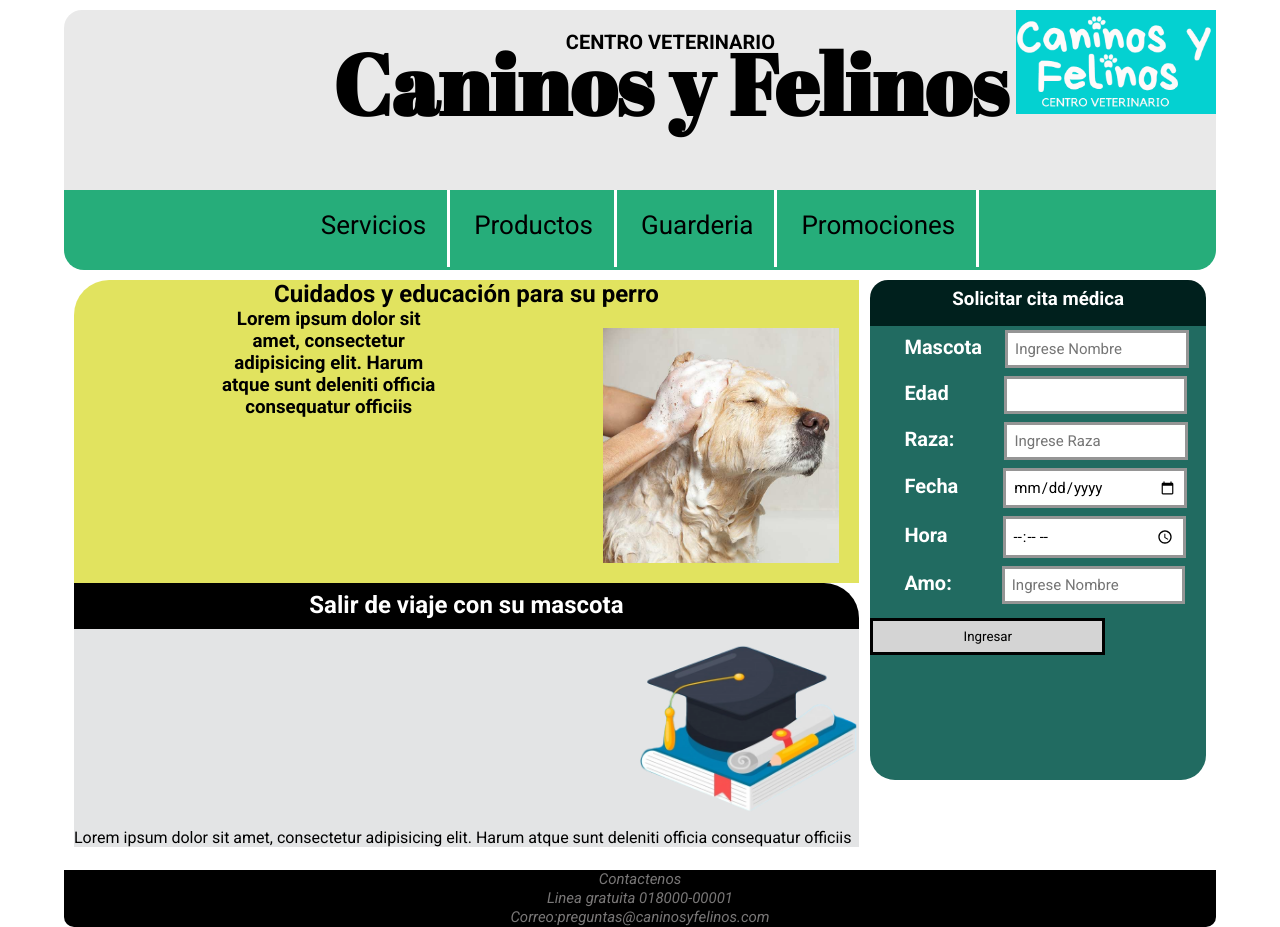
Repository: NickArregoces/Veterinaria
Page: Index.html
An editor plug-in stored every save of this project. The page is shown before and after the next save, followed by the edit.
The browser window is 1280 px wide. The pictures show the whole page.

Above is the page before, as saved 2021-10-05 17:04:58.

### Index.html
<!DOCTYPE html>
<html lang="en">
<head>
    <meta charset="UTF-8">
    <meta http-equiv="X-UA-Compatible" content="IE=edge">
    <meta name="viewport" content="width=device-width, initial-scale=1.0">
    <title>Canicos y felinos</title>
    <link rel="stylesheet" href="/CSS/Style.css">
    <link href="https://fonts.googleapis.com/css2?family=Roboto:ital,wght@0,100;0,300;0,400;0,500;0,700;0,900;1,100;1,300;1,400;1,500;1,700;1,900&display=swap" rel="stylesheet">
    <link rel="preconnect" href="https://fonts.googleapis.com">
    <link rel="preconnect" href="https://fonts.gstatic.com" crossorigin>
    <link href="https://fonts.googleapis.com/css2?family=Abril+Fatface&display=swap" rel="stylesheet">

</head>
<body>
    <div id="head">
        <header>
            <div class="image">
                <img src="/Images/logo.png" alt="logo">
            </div>
            <div class="title" >
                <h3>CENTRO VETERINARIO</h3>
                <h1>Caninos y Felinos</h1>
            </div>

        </header>

        <div class="navegador">
            <ul class="menu">
                <li><a href="#">Servicios</a></li>
                <li><a href="#">Productos</a></li>
                <li><a href="#">Guarderia</a></li>
                <li><a href="#">Promociones</a></li>
            </ul>
        </div>

    </div>
        <div id="Contenido">
            <div class="section">

                <form action="" class="cita">
                    <h3 style="color: rgb(255, 255, 255);">Solicitar cita médica</h3>
                        <div class="Mascota">
                            <h4>Mascota<input type="text" placeholder="Ingrese Nombre" required></h4>
                        </div>

                        <div class="Edad">
                            <h4>Edad<input type="number" required></h4>
                        </div>

                        <div class="Raza">
                            <h4>Raza:<input type="text" placeholder="Ingrese Raza" required></h4>
                        </div>
                        <div class="Fecha">
                            <h4>Fecha<input type="date" placeholder="" required></h4>
                        </div>

                        <div class="Hora">
                            <h4>Hora<input type="time" required></h4>
                        </div>

                        <div class="Amo">
                            <h4>Amo:<input type="text" placeholder="Ingrese Nombre" required></h4>
                        </div>

                    <div class="center">
                        <button class="sumbit"> Ingresar </button>
                    </div>

                </form>
            </div>

            <div id="Cuadros">
                <aside>
                    <div class="Cuidados">
                        <h2 style="color: rgb(0, 0, 0);">Cuidados y educación para su perro</h2>

                        <div id="Prueba">
                        <img id="Prubea" src="/Images/credit.png" alt="">

                        <h3>Lorem ipsum dolor sit amet, consectetur adipisicing elit.
                            Harum atque sunt deleniti officia consequatur officiis</h3>
                        </div>
                    </div>

                    <div class="Viajes">
                        <h2 style="color: rgb(255, 255, 255);">Salir de viaje con su mascota</h2>

                        <div id="Prueba">
                        <img id="Prubea" src="/Images/Captura de pantalla 2021-10-04 181948.png" alt="">
                        </div>

                        <p>Lorem ipsum dolor sit amet, consectetur adipisicing elit.
                            Harum atque sunt deleniti officia consequatur officiis</p>
                    </div>
                </aside>
            </div>

            <div>
                <footer>
                        <p>Contactenos</p>
                        <p>Linea gratuita 018000-00001</p>
                        <p>Correo:preguntas@caninosyfelinos.com</p>
                </footer>
            </div>
        </div>

</body>
</html>

### CSS/Style.css

*{
    margin: 0 auto;
    padding: 0px;
    list-style:none;
    font-family: 'Roboto', sans-serif;
}
body{
    font-family: Arial, Helvetica, sans-serif;
    background: rgb(255, 255, 255);
    width: 90%;
    color: rgb(0, 0, 0);
}
header{
    width: 100%;
    margin-top: 10px;
    background:rgb(233, 233, 233);
    border-top-left-radius:  18px;
    border-top-right-radius:  18px;
    height: 180px;
}
    img{
        float: right;
        width: 200px;
    }
    .title{
        float: right;
        width: 60%;
        margin-top: 20px;
    }
    header h1{
        font-family: 'Abril Fatface', cursive;
        font-size: 85px;
        text-align: center;
        line-height: 60px;
        display: block;
        color: black;
    }
    header h3{
        font-size: 20px;
        text-align: center;
    }
div.navegador{
    text-align: center;
}
    ul.menu{
        border-bottom-left-radius: 20px 20px;
        border-bottom-right-radius: 20px 20px;
        background: rgb(38, 173, 122);
        height: 80px;
        list-style: none;
        padding: 0;
        max-width: 10000px;
    }
    .menu li a{
        height: 37px;
        font-size: 26px;
        margin-right: 1px;
        text-decoration: none;
        color:black;
        padding: 20px;
        display: inline-block;
    }
    .menu li {
        border-right: solid white;
        display: inline-block;
        }
    .menu li a:hover{
        background: #242323b6;
        color: white;
        }

.section{
    width: 30%;
    float: right;
}
    /*Formulario Login*/
    form{
        background: rgb(33, 107, 97);
        border-radius: 25px;
        margin-top: 10px;
        margin-right:10px;
        margin-bottom: 10px;
        height: 500px;
    }
        form h3{
            text-align: center;
            background: rgb(0, 32, 29);
            height: 30px;
            padding: 8px;
            border-top-left-radius: 18px;
            border-top-right-radius: 18px;
        }
        form h4{
            font-size: 20px;
            padding: 4px;
            margin-left: 30px;
            color: rgb(255, 255, 255);

        }
        form input{
            font-size: 15px;
            width: 55%;
            padding: 7px;
            display: inline;
            border: solid rgb(149, 149, 149);
            margin-left: 10px;
        }
        div.Mascota input {
            margin-left: 23px;
        }
        div.Edad input {
            margin-left: 55px;
        }
        div.Raza input {
            margin-left: 50px;
        }
        div.Fecha input {
            margin-left: 45px;
        }
        div.Hora input {
            margin-left: 55px;
        }
        div.Amo input {
            margin-left: 50px;
        }
        div.button{
            margin-top: 10px;
            margin: auto;
            text-align: center;
            width: 50%;
            cursor: pointer;
        }
        button{
            margin-top: 10px;
            width: 70%;
            padding: 8px;
            background: rgb(212, 212, 212);
            border: solid black;
            cursor: pointer;
        }
        button:hover{
            background: #000000b6;
            color: rgb(255, 255, 255);
        }
aside{
    width: 69%;
    height: 580px;
    margin-top: 10px;
    float: left;
    margin-bottom: 10px;
}
    div.Cuidados{
        border-top-left-radius: 35px;
        margin-left: 10px;
        background: rgba(216, 219, 45, 0.76);
        text-align:center;
        overflow:hidden;
    }
    /*Centrado Imagenes aside*/
    #Prueba{
        float: right;
    }
        div.Cuidados img {
            margin: 20px;
            width: 30%;
            border-color: black;
        }
        /*Efecto Imagenes aside*/
        div img:hover{
            -webkit-transform:scale(0.9);
            transform:scale(0.9);
        }
        div.Cuidados h3{
            width: 30%;
            display: inline-block;
            text-align: center;
        }

    div.Viajes {
        border-top-right-radius: 35px;
        margin-left: 10px;
        background: #e3e4e5;
     }
        div.Viajes img {
            width: 220px;
            margin-top: 15px;
            margin-bottom: 15px;
        }
        div.Viajes h2{
            text-align: center;
            background: black;
            height: 30px;
            padding: 8px;
            border-top-right-radius: 35px;
        }
        div.Viajes p{
            display: inline-block;
            text-align: center;
        }

footer{
    background: black;
    clear: both;
    border-bottom-left-radius: 10px;
    border-bottom-right-radius: 10px;
}
    footer p{
        font-size: 15px;
        text-align: center;
        line-height: 15px;
        color: rgb(121, 119, 119);
        font-style:italic;
        padding: 2px;
    }

After the next save:
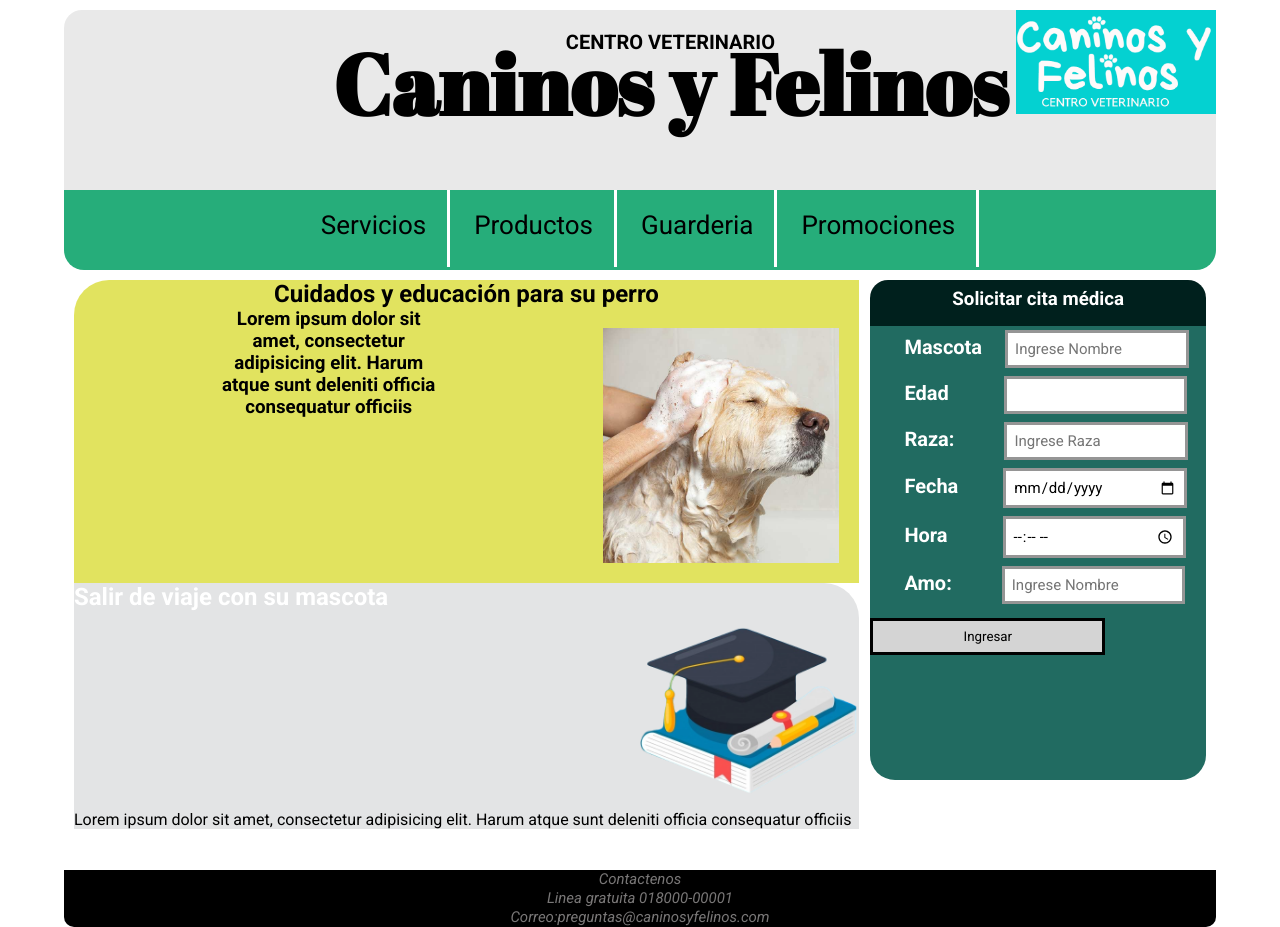
Saved 11 s later.
--- a/CSS/Style.css
+++ b/CSS/Style.css
@@ -188,11 +188,7 @@ aside{
             margin-bottom: 15px;
         }
         div.Viajes h2{
-            text-align: center;
-            background: black;
-            height: 30px;
-            padding: 8px;
-            border-top-right-radius: 35px;
+
         }
         div.Viajes p{
             display: inline-block;
